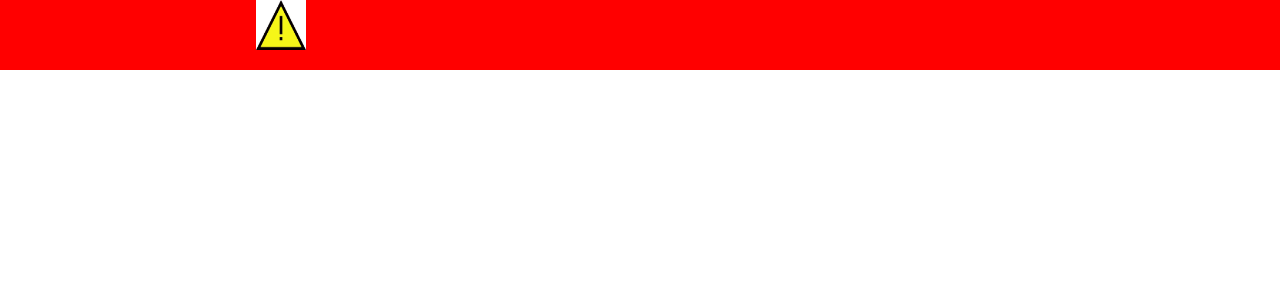
Repository: leehyeonung/myproject
Page: http://localhost/myproject/
An editor plug-in stored every save of this project. The page is shown before and after the next save, followed by the edit.
The browser window is 1280 px wide. The pictures show the whole page.
The page is served by Tomcat 9.

Above is the page before, as saved 2023-03-15 10:44:37.

After the next save:
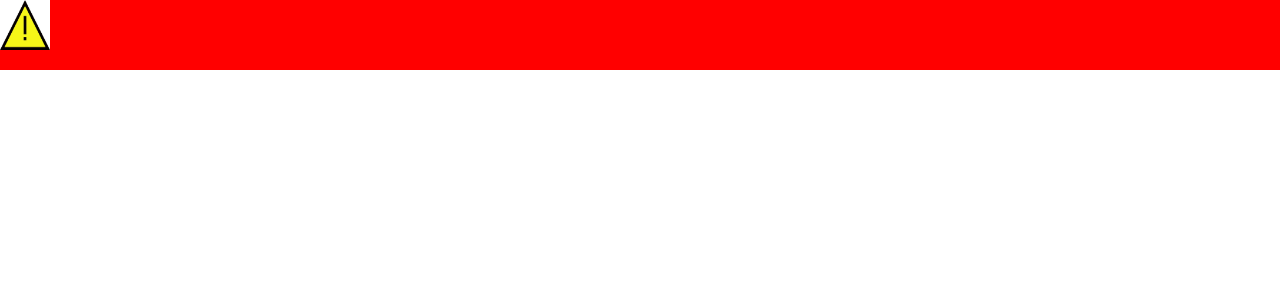
Saved 23 s later.
--- a/myproject/src/main/webapp/resources/css/header.css
+++ b/myproject/src/main/webapp/resources/css/header.css
@@ -5,6 +5,7 @@
 }
 
 .ad img{
+	left:0px;
 	width:50px;
 	height: 50px;
 }
